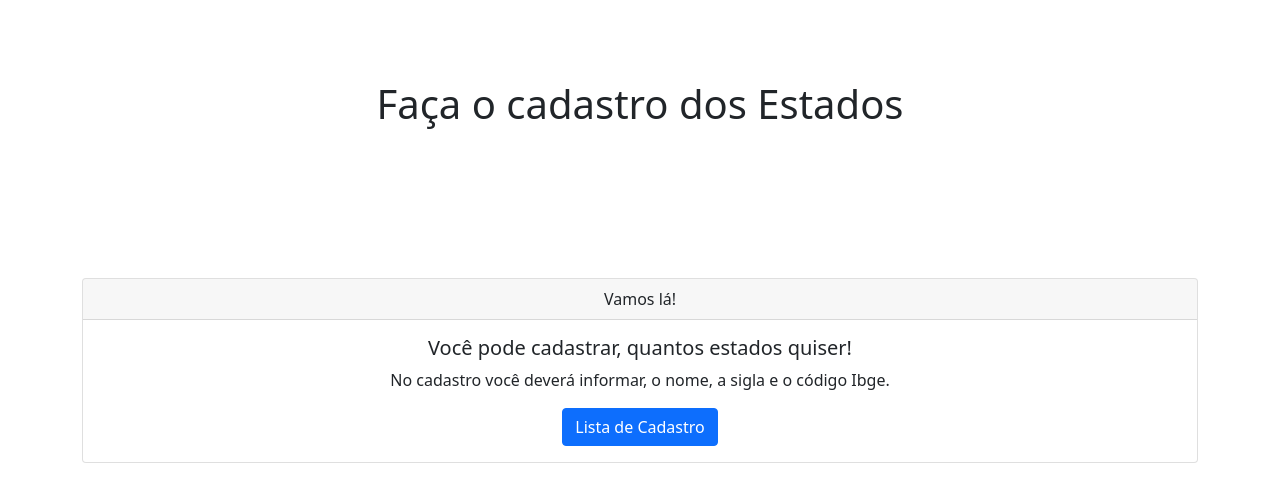
Repository: danielandradedasilva/ProjetoWebJava
Page: http://localhost/projetoweb/
These files come from the project's save history. The page is drawn as it stood at one moment and after the next save; the edit follows.
The browser window is 1280 px wide. The pictures show the whole page.
The page is served by Tomcat 9.

Above is the page before, as saved 2021-05-10 01:59:18.

After the next save:
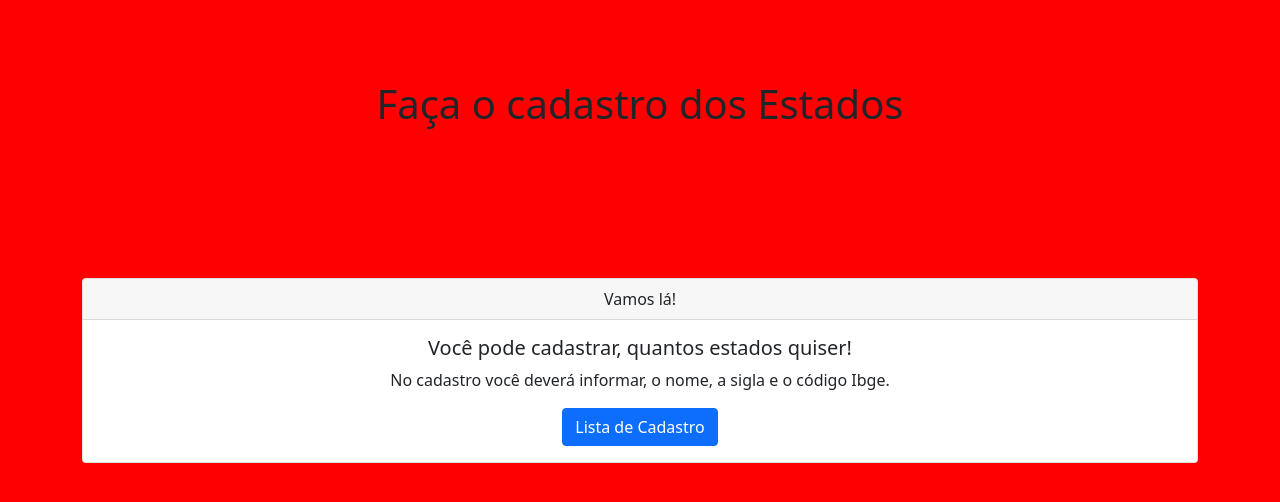
Saved 35 s later.
--- a/projetoweb/src/main/webapp/index.jsp
+++ b/projetoweb/src/main/webapp/index.jsp
@@ -17,6 +17,9 @@
 	}
 	h1{
 		margin-top: 80px;
+	}
+	body{
+	 background-color: red;
 	}
 </style>
 </head>

After the save that followed:
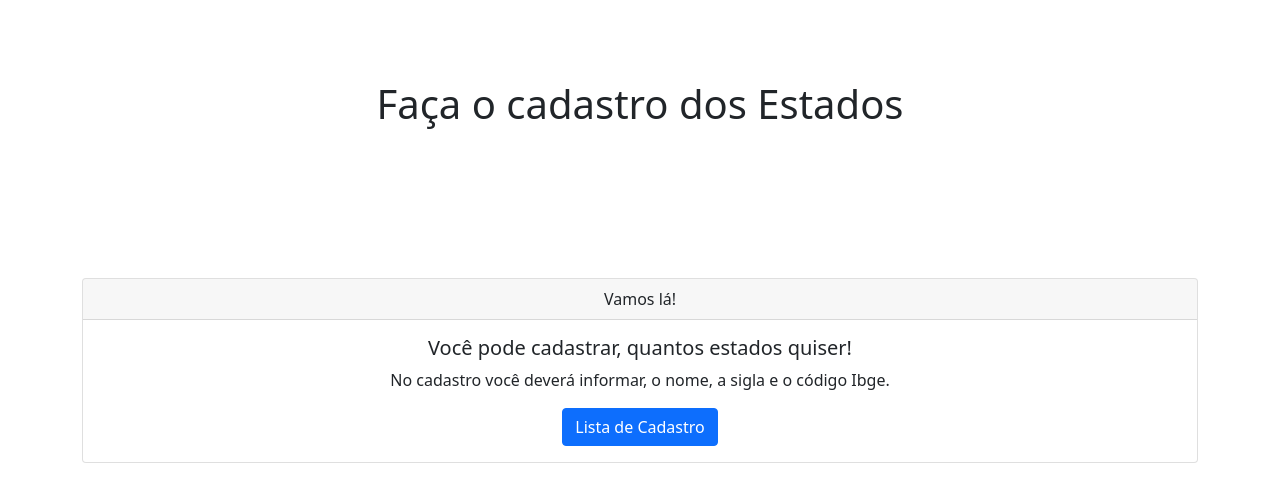
Saved 36 s later.
--- a/projetoweb/src/main/webapp/index.jsp
+++ b/projetoweb/src/main/webapp/index.jsp
@@ -19,7 +19,7 @@
 		margin-top: 80px;
 	}
 	body{
-	 background-color: red;
+	 background-color: ;
 	}
 </style>
 </head>
